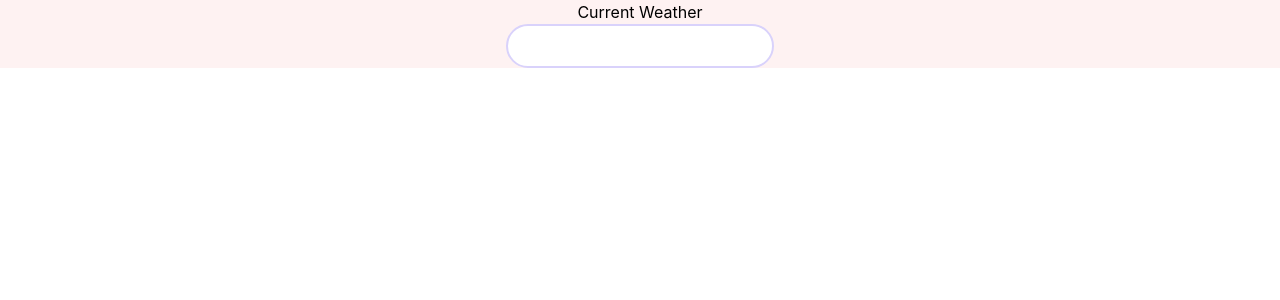
Repository: clintonmedbery/weather-client
Page: /
These files come from the project's save history. The page is drawn as it stood at one moment and after the next save; the edit follows.
The browser window is 1280 px wide. The pictures show the whole page.
The project was rebuilt for these pictures with package versions that can differ from the ones it lists, and the page was loaded fresh each time. Also part of the build but not shown: craco.config.js.

Above is the page before, as saved 2021-04-14 13:17:21.

### src/App.js
import logo from './logo.svg';
import './App.css';
import WeatherPage from './modules/weather-page.component';

function App() {
  return (
    <div className="App">
      <WeatherPage/>
    </div>
  );
}

export default App;

### src/modules/weather-page.component.js
import React, { useState, useEffect } from 'react'
import { Input } from '../ui-components/input.component'

const WeatherPage = props => {
  let [WeatherPage, setWeatherPages] = useState([])
  useEffect(() => {}, [])
  return (
    <>
      <Header />
    </>
  )
}

export default WeatherPage

const Header = () => {
  return (
    <div className="w-90 bg-red-50 m">
      <div>Current Weather</div>
      <Input />
    </div>
  )
}

### src/ui-components/input.component.js
import React from 'react'

export const INPUT_TYPES = Object.freeze({
  TEXT: 'text',
  PASSWORD: 'password'
})

export const Input = ({
  type = INPUT_TYPES.TEXT,
  placeholder,
  onChange,
  value,
  className = '',
  error,
  inputProps
}) => {


  return (
    <input
      placeholder={placeholder}
      type={type}
      className={`rounded-full ${
        error ? 'border-red-500' : 'border-lightblue'
      } border-2 p-2 focus:outline-none focus:border-blue-500 ${className}`}
      value={value}
      onChange={onChange}
      {...inputProps}
    />
  )
}

### tailwind.config.js
const colors = require('tailwindcss/colors')

module.exports = {
  purge: ['./src/**/*.{js,jsx,ts,tsx}', './public/index.html'],
  darkMode: false, // or 'media' or 'class'
  theme: {
    extend: {
      colors: {
        indigo: {
          DEFAULT: '#281A71'
        },
        purplegray: {
          DEFAULT: '#2E3241'
        },
        lightblue: {
          20: '#EEEBFF',
          DEFAULT: '#D9D2FB'
        },
        lightgray: {
          DEFAULT: '#9A9DA3'
        },
        disabledgray: {
          DEFAULT: '#C9CCD2'
        }
      }
    }
  },
  variants: {
    extend: {}
  },
  plugins: []
}

Loaded but not shown: public/index.html (common file); src/index.js (common file); src/index.css (common file); src/reportWebVitals.js (common file); src/App.css (common file)

After the next save:
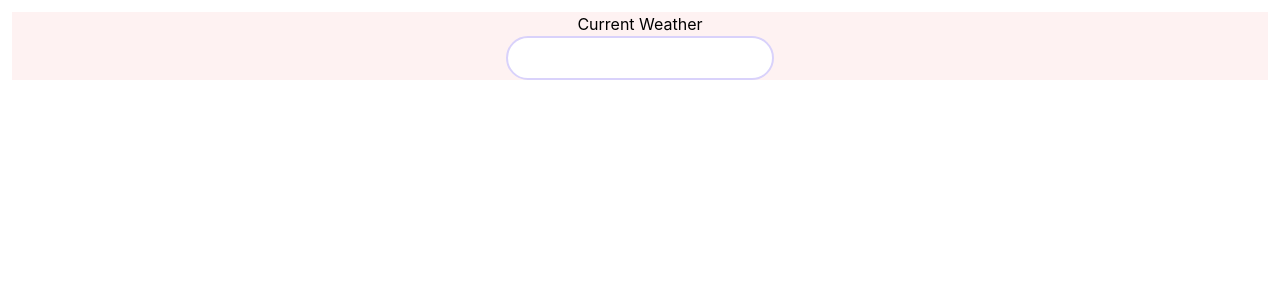
Saved 4 s later.
--- a/src/modules/weather-page.component.js
+++ b/src/modules/weather-page.component.js
@@ -15,7 +15,7 @@ export default WeatherPage
 
 const Header = () => {
   return (
-    <div className="w-90 bg-red-50 m">
+    <div className="w-90 bg-red-50 m-3">
       <div>Current Weather</div>
       <Input />
     </div>
